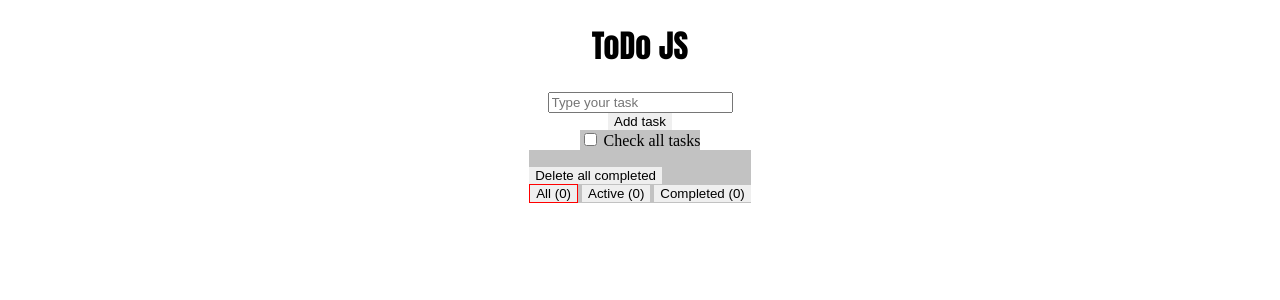
Repository: mklyagin/klyagin_todojs
Page: index.html
These files come from the project's save history. The page is drawn as it stood at one moment and after the next save; the edit follows.
The browser window is 1280 px wide. The pictures show the whole page.

Above is the page before, as saved 2024-02-27 15:45:52.

After the next save:
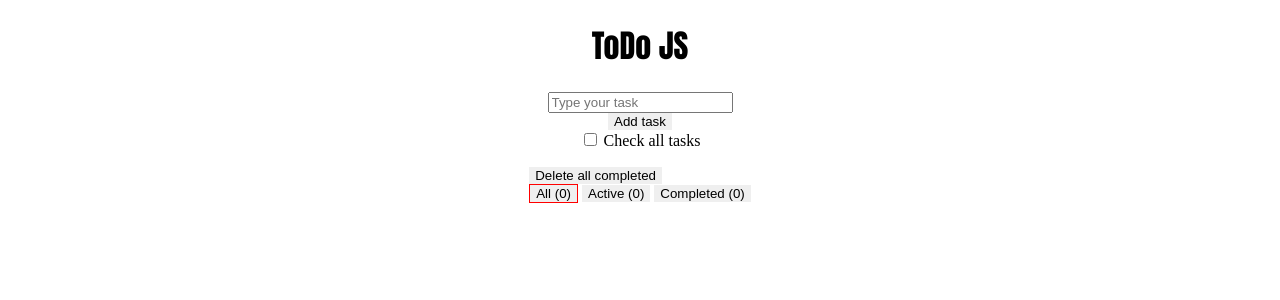
Saved 28 s later.
--- a/style.css
+++ b/style.css
@@ -15,7 +15,7 @@ button {
  border: none;
 }
 
-div {
+.tack-functions {
   background: #c2c2c2;
 }
 
